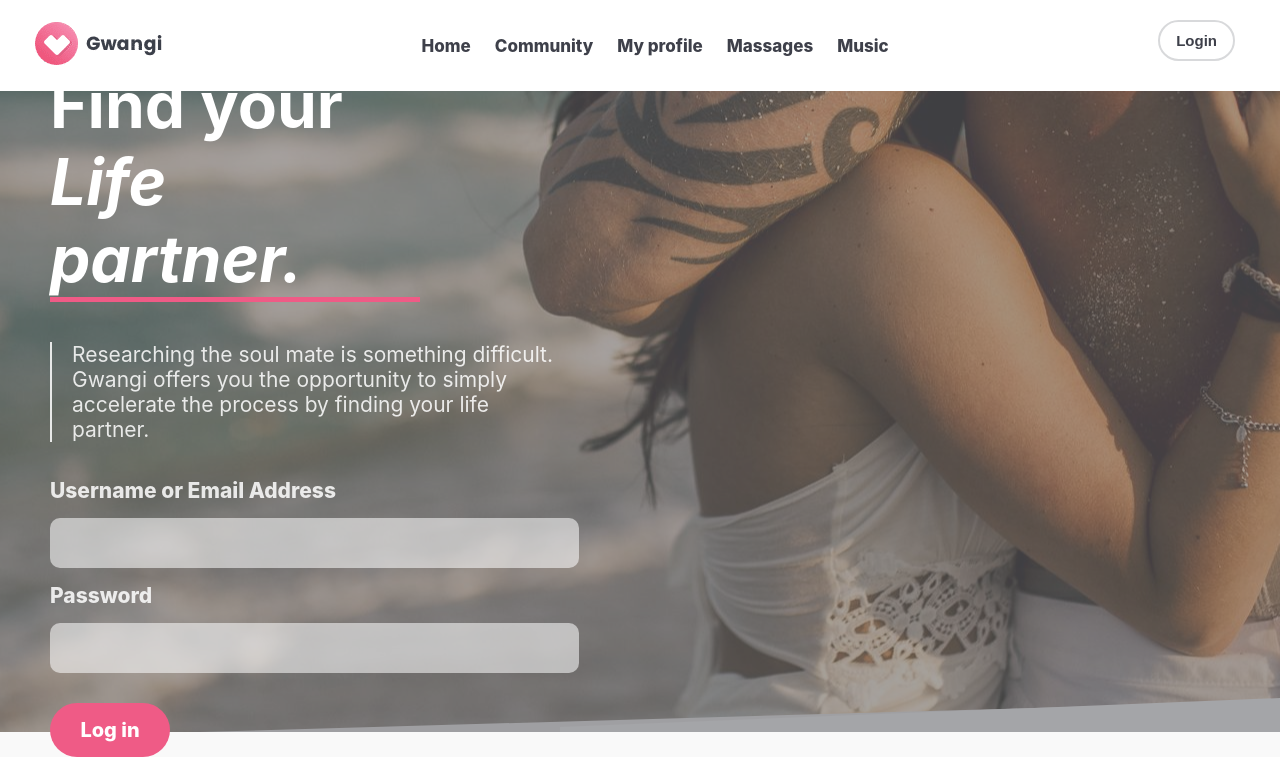
Repository: ShokunLiubov/Soc-Network-React
Page: /login
An editor plug-in stored every save of this project. The page is shown before and after the next save, followed by the edit.
The browser window is 1280 px wide. The pictures show the whole page.
The project was rebuilt for these pictures with package versions that can differ from the ones it lists, and the page was loaded fresh each time. Also part of the build but not shown: src/components/common/Paginator/Paginator.module.css, src/components/common/Paginator/Paginator.jsx, src/components/Community/Community.module.css, src/components/Community/Friend/Friend.jsx, src/components/Community/Community.jsx, src/components/common/Preloader/Preloader.jsx, src/components/Community/CommunityContainer.jsx, src/components/Dialogs/Dialogs.module.css and 14 more.

Above is the page before, as saved 2022-08-24 18:42:48.

### src/index.js
import reportWebVitals from './reportWebVitals';
import store from './redux/redux-store';
import React from 'react';
import ReactDOM from 'react-dom/client';
import './index.css';
import App from './App';
import { BrowserRouter } from 'react-router-dom';
import { Provider } from 'react-redux'

const root = ReactDOM.createRoot(document.getElementById('root'));

  root.render(

      <BrowserRouter>
        <Provider store={store}>
          <App />
        </Provider>
      </BrowserRouter>


  );


// If you want to start measuring performance in your app, pass a function
// to log results (for example: reportWebVitals(console.log))
// or send to an analytics endpoint. Learn more: https://bit.ly/CRA-vitals
reportWebVitals();

### src/redux/redux-store.js
import {combineReducers, legacy_createStore as createStore} from "redux"
import dialogsReducer from "./dialogs-reducer"
import profileReducer from "./profile-reducer"
import communityReducer from "./community-reducer"
import authReducer from "./auth-reducer"

let reducers = combineReducers({
    profilePage : profileReducer,
    dialogsPage : dialogsReducer,
    communityPage : communityReducer,
    auth: authReducer
})

let store = createStore(reducers)

export default store;

### src/App.js
import React from 'react';
import { Routes, Route } from "react-router-dom";
import './App.css';
import Registration from './components/Auth/Registration/Registration';
import CommunityContainer from './components/Community/CommunityContainer';
import DialogsContainer from './components/Dialogs/DialogsContainer';
import Home from './components/Home/Home';
import Music from './components/Music/Music';
import Navbar from './components/Navbar/Navbar';
import ProfileContainer from './components/Profile/ProfileContainer';

function App(props) {
  return (

    <div className='app-wrapper'>
      <Navbar />
      <Routes>
        <Route path='/home/*' element={<Home />} />

        <Route path='/community/*' element={<CommunityContainer />} />

        <Route path='/profile/:id' element={<ProfileContainer />} />
        <Route path='/profile/*' element={<ProfileContainer />} />

        <Route path='/dialogs/*' element={<DialogsContainer />} />

        <Route path='/music/*' element={<Music />} />

        <Route path='/login/*' element={<Registration />} />

      </Routes>

    </div>

  );
}

export default App;

### src/redux/dialogs-reducer.js
const SAND_MASSAGE = 'SAND-MASSAGE'
const UPDATE_NEW_MASSAGE_TEXT = 'UPDATE-NEW-MASSAGE-TEXT'

let initialState = {
    dialogsData: [
        { id: 1, name: 'Vika', ava: './../images/ava-w1.jpeg' },
        { id: 2, name: 'Eugen', ava: './../images/ava-m2.png' },
        { id: 3, name: 'Liubov', ava: './../images/ava-w3.jpeg' },
        { id: 4, name: 'Max', ava: './../images/ava-m1.jpeg' },
        { id: 5, name: 'Nika', ava: './../images/ava-w2.webp' }
    ],
    massagesData: [
        { id: 1, massage: 'Hi' },
        { id: 2, massage: 'How are you?' },
        { id: 3, massage: 'I am okey!' }
    ],
    newMassageText: ''
}

const dialogsReducer = (state = initialState, action) => {

    switch (action.type) {
        case SAND_MASSAGE:
            let text = state.newMassageText
            return {
                ...state,
                newMassageText: '',
                massagesData: [...state.massagesData, {id: Date.now(),massage: text}]
            }

        case UPDATE_NEW_MASSAGE_TEXT:
            return {
                ...state,
                newMassageText: action.newText
            }

        default:
            return state
    }

}

export const sandMassage = () => ({ type: SAND_MASSAGE })

export const onMassageChange = (text) =>
    ({ type: UPDATE_NEW_MASSAGE_TEXT, newText: text })

export default dialogsReducer;

### src/redux/profile-reducer.js
const ADD_POST = 'ADD-POST'
const UPDATE_NEW_POST_TEXT = 'UPDATE-NEW-POST-TEXT'
const SET_USER_PROFILE = 'SET-USER-PROFILE'

let initialState = {
    userProfile: {},
    postsData: [
        { id: 1, massage: 'Hi, how are you?', countLikes: '12', time: '29 minutes ago' },
        { id: 2, massage: 'It is my first post', countLikes: '99+', time: 'yesterday' },
        { id: 3, massage: 'My name Liubov, I am wife Eugen', countLikes: '32', time: 'week ago' }
    ],
    newPostText: ''
}

const profileReducer = (state = initialState, action) => {
    switch (action.type) {
        case ADD_POST:
            let newPost = {
                id: Date.now(),
                massage: state.newPostText,
                countLikes: '0',
                time: new Date().toLocaleTimeString()
            }
            return {
                ...state,
                newPostText: '',
                postsData: [newPost, ...state.postsData]
            }

        case UPDATE_NEW_POST_TEXT:
            return {
                ...state,
                newPostText: action.newText
            }
        case SET_USER_PROFILE:
            return {
                ...state,
                userProfile: action.profile

            }
        default:
            return state
    }


}

export const addPost = () => ({ type: ADD_POST })

export const updateNewPostText = (text) =>
    ({ type: UPDATE_NEW_POST_TEXT, newText: text })

export const setUserProfile = (profile) =>
    ({ type: SET_USER_PROFILE, profile})


export default profileReducer;

### src/redux/community-reducer.js
const FOLLOW = 'FOLLOW'
const UN_FOLLOW = 'UN-FOLLOW'
const SET_USERS = 'SET-USERS'
const SET_PAGE = 'SET-PAGE'
const SET_USERS_TOTAL_COUNT = 'SET-USERS-TOTAL-COUNT'
const TOGGLE_IS_FETCHING = 'TOGGLE-IS-FETCHING'

let initialState = {
    userData: [ ],
    pageSize: 10,
    totalUsersCount: 0,
    currentPage: 1,
    currentPageSize: 1,
    isFetching: false
}
const communityReducer = (state = initialState, action) => {
    switch (action.type) {
        case FOLLOW:
            return {
                ...state,
                userData: state.userData.map (user => {
                    if(user.id === action.userID) {
                        return {...user, followed: true}
                    }
                    return user
                })
            }
        case UN_FOLLOW:
            return {
                ...state,
                userData: state.userData.map (user => {
                    if(user.id === action.userID) {
                        return {...user, followed: false}
                    }
                    return user
                })
            }
        case SET_USERS:
            return {
                ...state,
                userData: action.users
            }
        case SET_PAGE:
            return {
                ...state,
                currentPage: action.page
                }
        case SET_USERS_TOTAL_COUNT:
            return {
                ...state,
                totalUsersCount: action.UsersTotalCount
            }
        case TOGGLE_IS_FETCHING:
            return {
                ...state,
                isFetching: action.isFetching
            }
        default:
            return state
    }
}

export const follow = (userID) => ({ type: FOLLOW, userID })

export const unFollow = (userID) => ({ type: UN_FOLLOW, userID })

export const setUsers = (users) => ({ type: SET_USERS, users })

export const setPage = (page) => ({ type: SET_PAGE, page })

export const setUsersTotalCount = (UsersTotalCount) => ({ type: SET_USERS_TOTAL_COUNT, UsersTotalCount })

export const toggleFetching = (isFetching) => ({ type: TOGGLE_IS_FETCHING, isFetching })

export default communityReducer;


// Создать кнопки prev next
// if(currentPage > 1) { prev
// } минус 1  при отрисовки подставляться значения, исключение первая страница
// Отображать в пагинации 5 стр и одну последнюю , учесть если будет меньше 5 стр

### src/redux/auth-reducer.js
const SET_USER_DATA = 'SET-USER-DATA'
// const UN_FOLLOW = 'UN-FOLLOW'

let initialState = {
    userId: undefined,
    email: undefined,
    login: undefined,
    isFetching: false
}
const authReducer = (state = initialState, action) => {
    switch (action.type) {
        case SET_USER_DATA:
            return {
                ...state,
                ...action.data
            }
        // case TOGGLE_IS_FETCHING:
        //     return {
        //         ...state,
        //         isFetching: action.isFetching
        //     }
        default:
            return state
    }
}

export const setUserData = (userId, email, login) => ({ type: SET_USER_DATA, data: {userId, email, login} })

// export const toggleFetching = (isFetching) => ({ type: TOGGLE_IS_FETCHING, isFetching })

export default authReducer;

### src/components/Auth/Registration/Registration.jsx
import React from 'react';
import styles from './Registration.module.css'

const Registration = () => {
    return (
        <div className={styles.background}>
            <div className={styles.registration}>
                <div className={styles.title}>Find your<br />
                    <i>Life partner.</i></div>
                <p className={styles.excerption}>Researching the soul mate is something difficult. Gwangi offers you the opportunity to simply accelerate the process by finding your life partner.</p>
                <form>
                    <div className={styles.username}>
                        <label>Username or Email Address</label>
                        <input type="text" />
                    </div>
                    <div className={styles.password}>
                        <label>Password</label>
                        <input type="password" />
                    </div>
                    <div className={styles.buttonLogin}>
                        <span>Log in</span>
                    </div>

                </form>
            </div>
            {/* <div className={styles.decoration}> */}
                <div className={styles.decorationGrey}></div>
                <div className={styles.decorationWhite}></div>
            {/* </div> */}

        </div>
    )
}

export default Registration;

### src/components/Dialogs/DialogsContainer.jsx
import React from 'react';
import { sandMassage, onMassageChange } from '../../redux/dialogs-reducer';
import Dialogs from './Dialogs';
import { connect } from 'react-redux'


let mapStateToProps = (state) => {
    return {
        dialogsData: state.dialogsPage.dialogsData,
        massagesData: state.dialogsPage.massagesData,
        newMassageText: state.dialogsPage.newMassageText
    }
}

const DialogsContainer = connect(mapStateToProps, { sandMassage, onMassageChange })(Dialogs)

export default DialogsContainer;

### src/components/Navbar/Navbar.jsx
import React from 'react';
import { NavLink } from 'react-router-dom';
import styles from './Navbar.module.css'

const Navbar = () => {
    return (
        <div className={styles.navbar}>
            {/* LOGO */}
            <div className={styles.logo}><img src='./../images/logotype.png' /></div>
             {/* LOGO */}

            {/* MENU */}
            <nav className={styles.menu}>
                <div className={styles.item}>
                    <NavLink to='/home' className={navData => navData.isActive ? styles.active : styles.item}>Home</NavLink>
                </div>
                <div className={styles.item}>
                    <NavLink to='/community' className={navData => navData.isActive ? styles.active : styles.item}>Community</NavLink>
                </div>
                <div className={styles.item}>
                    <NavLink to='/profile' className={navData => navData.isActive ? styles.active : styles.item}>My profile</NavLink>
                </div>
                <div to='/dialogs' className={styles.item}>
                    <NavLink to='/dialogs' className={navData => navData.isActive ? styles.active : styles.item}>Massages</NavLink>
                </div>
                <div className={styles.item}>
                    <NavLink to='/music' className={navData => navData.isActive ? styles.active : styles.item}>Music</NavLink>
                </div>
            </nav>
            {/* MENU */}

            {/* LOGIN */}
            <NavLink to='/login' className={styles.login}>
                <button className='button'>Login</button>
            </NavLink>
            {/* LOGIN */}

        </div>
    )
}

export default Navbar;

### src/components/Auth/Registration/Registration.module.css
.background {
    background-image: url(./../../../../public/images/registration-bgr.jpeg);
    background-repeat: no-repeat;
    background-position: center;
    width: 100%;
    height: 89vh;
    position: relative;
    display: flex;
    align-items: center;
}

.background::before {
    content: " ";
    width: 100%;
    height: 89vh;
    background-color: #696a6e99;
    position: absolute;
    z-index: 1;
}

.registration {
    margin-left: 50px;
    position: relative;
    z-index: 20;
}

.title {
    color: #ffffff;
    font-size: 64px;
    max-width: 370px;
    font-weight: 700;
    border-bottom: 5px solid #ef5b86;
}

.excerption {
    margin-top: 40px;
    color: rgba(255, 255, 255, 0.85);
    font-size: 21px;
    max-width: 40%;
    padding: 0px 20px;
    border-left: 2px solid rgba(255, 255, 255, 0.85);
}

/* FORM */
.username,
.password {
    display: flex;
    flex-direction: column;
    max-width: 43%;
    color: rgba(255, 255, 255, 0.85);
}

.username input,
.password input {
    background-color: #ffffff8c;
    color: #ffffff;
    font-size: 21px;
    font-weight: 800;
    border-radius: 10px;
    border: none;
    height: 50px;
    padding: 0 20px;
    outline:none;
}

.username label,
.password label {
    margin: 15px 0;
    font-size: 21px;
    font-weight: 800;
}

.buttonLogin {
    cursor: pointer;
    margin-top: 30px;
    background-color: #ef5b86;
    width: 120px;
    padding: 15px 0;
    display: flex;
    justify-content: center;
    align-items: center;
    color: #ffffff;
    border-radius: 30px;
    font-weight: 800;
    font-size: 20px;
}

/* FORM */

.decorationGrey {
    position: absolute;
    bottom: 0px;
    /* left: 0px; */
    right: 0px;
    width: 0;
	height: 0;
    border-top: 31px solid transparent;
	border-right: 150vh solid #f2f2f2;
	border-bottom: 0px solid #f2f2f2;
    /* transition: all 0.5s ease-out; */
}

.decorationWhite {
    position: absolute;
    bottom: 0px;
    right: 0;
    width: 0;
	height: 0;
	border-top: 29px solid transparent;
	border-right: 100vh solid #feffff;
	border-bottom: 5px solid #feffff;
    /* transition: all 0.5s ease-out; */
}

### src/components/Navbar/Navbar.module.css
.navbar {
    display: flex;
    justify-content: space-between;
    align-items: center;
    padding: 20px 35px;
    background-color: #ffffff;
}

.logo {
    cursor: pointer;
}

.menu {
    display: flex;
}

.item a {
    margin: 0 12px;
    font-size: 17px;
    color: #3e404a;
    font-weight: 800;
    cursor: pointer;
    text-decoration: none;
}

.item a.active {
    color: #ef5b86;
}

.login {
    text-decoration: none;
}

### src/components/Profile/Profile_body/MyPosts/Post/Post.module.css
.post {
    background-color: #ffffff;
    border: 1px solid #e8e8e9;
    border-radius: 10px;
    margin: 50px 0;
    position: relative;
    width: 70%;
    min-height: 100px;
}

.personInfo img {
    position: absolute;
    top: -20px;
    left: -20px;
    width: 80px;
    height: 80px;
    object-fit: cover;
    border-radius: 10px;
}

.personInfo {
    display: flex;
}

.postInfo {
    margin: 10px 80px;
}

.nickname {
    color: #3e404a;
    font-size: 18px;
    font-weight: 700;
}

.time {
    color: #9da6b0;
    font-size: 12px;
    font-weight: 600;
    margin-top: 5px;
}

.massage {
    color: #9ca6af;
    font-size: 15px;
    font-weight: 700;
    margin: 10px 80px;
}

.like {
    width: 100%;
    display: flex;
    justify-content: end;
}

button{
    background: none;
    border: none;
    display: flex;
    align-items: center;
    margin: 0 10px 10px;
}

.countLike {
    margin-left: 5px;
    color: #9da6b0;
    font-size: 12px;
    font-weight: 500;
}

Loaded but not shown: public/index.html (common file); src/reportWebVitals.js (common file); src/index.css (common file); src/App.css (common file); src/components/Home/Home.module.css (no stored copy; drawn as an empty file); src/components/Music/Music.module.css (no stored copy; drawn as an empty file); src/components/Profile/Profile.module.css (no stored copy; drawn as an empty file)

After the next save:
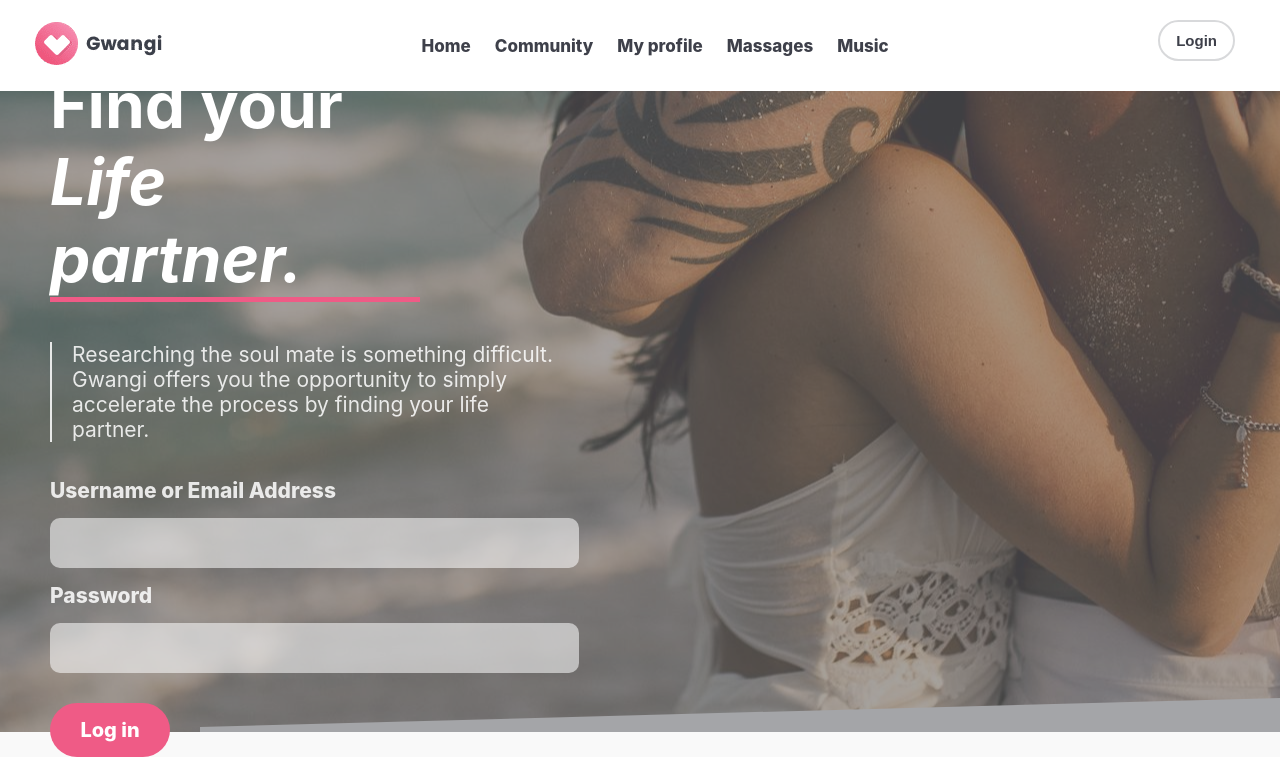
Saved 13 s later.
--- a/src/components/Auth/Registration/Registration.module.css
+++ b/src/components/Auth/Registration/Registration.module.css
@@ -107,7 +107,7 @@
     width: 0;
 	height: 0;
 	border-top: 29px solid transparent;
-	border-right: 100vh solid #feffff;
+	border-right: 150vh solid #feffff;
 	border-bottom: 5px solid #feffff;
     /* transition: all 0.5s ease-out; */
 }
